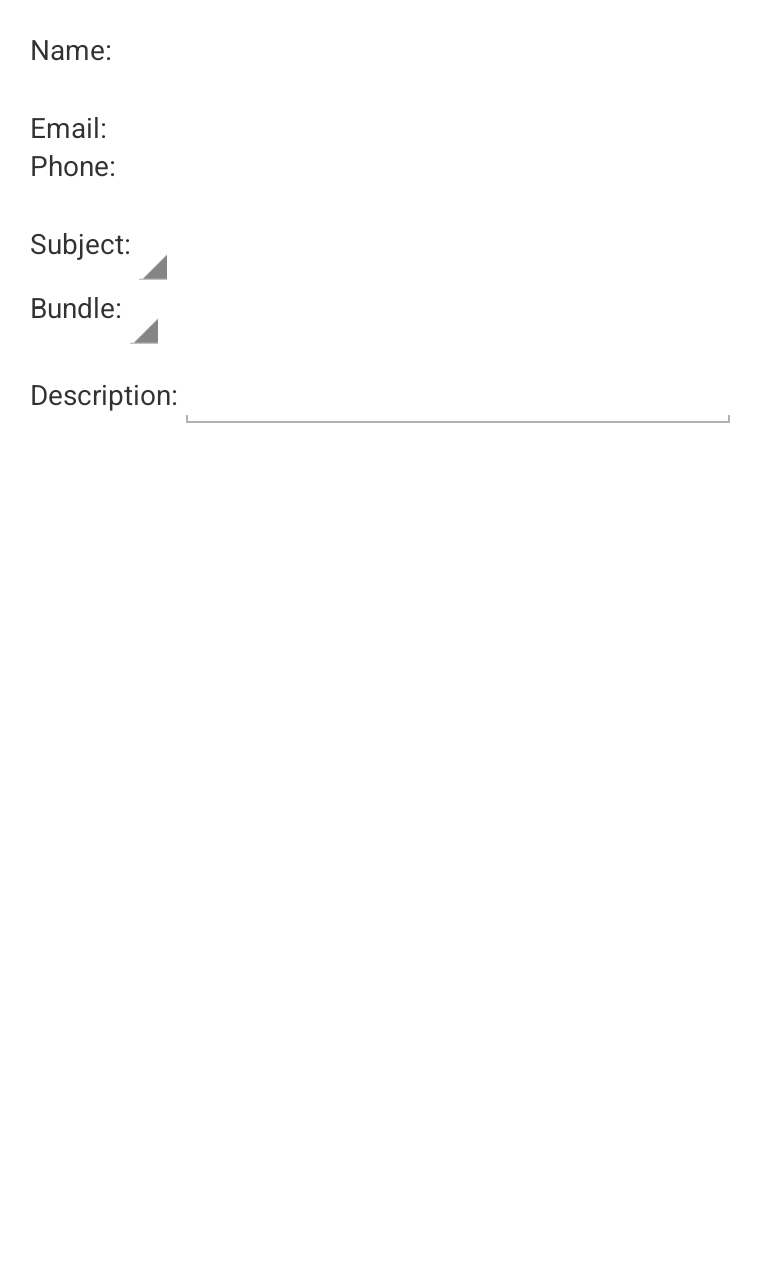
Repository: Pradeep-appstute/First
Layout: Control/res/layout/fragment_submit.xml
These files come from the project's save history. The layout is drawn as it stood at one moment and after the next save; the edit follows.
It is drawn on a 768 x 1280 px phone screen (xhdpi) without system bars, with theme AppTheme; the app's code is not run.

Above is the layout before, as saved 2014-02-24 11:39:26.

After the next save:
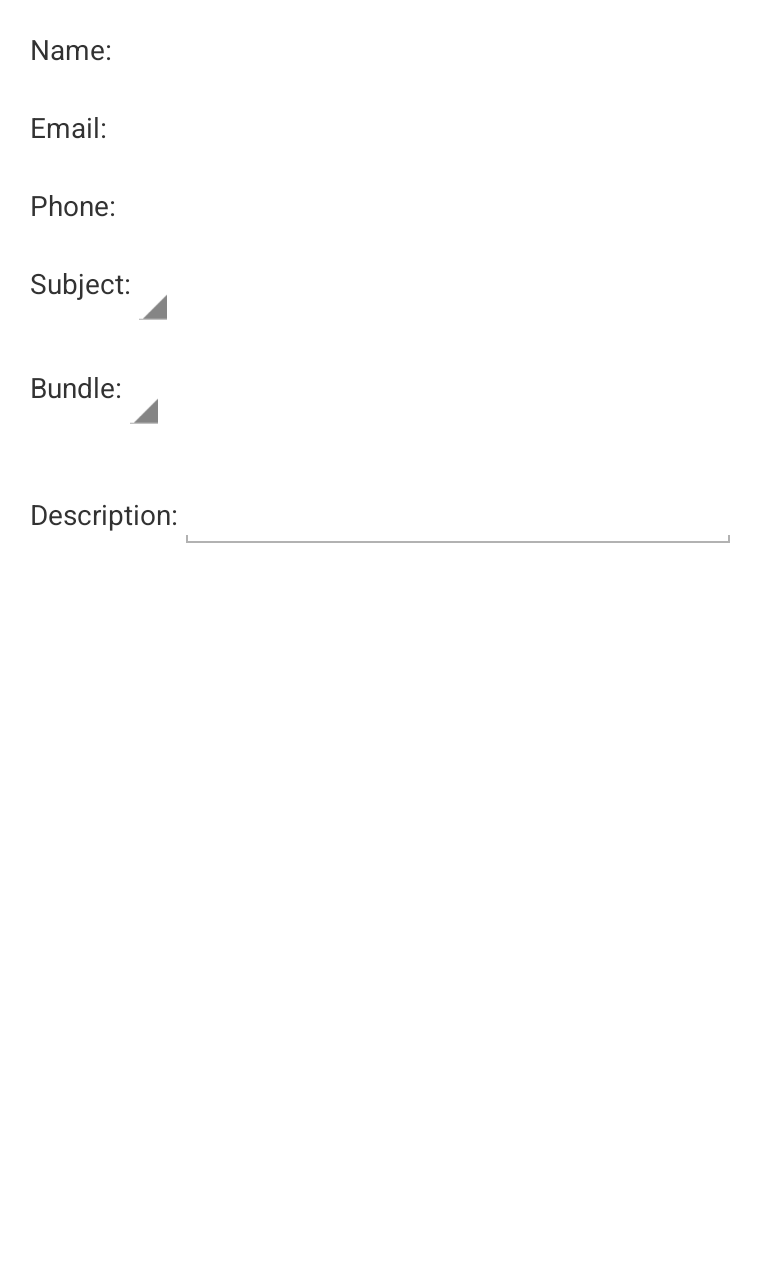
Saved 31 s later.
--- a/Control/res/layout/fragment_submit.xml
+++ b/Control/res/layout/fragment_submit.xml
@@ -28,7 +28,9 @@
     <LinearLayout
         android:layout_width="match_parent"
         android:layout_height="wrap_content"
-        android:orientation="horizontal" >
+        android:orientation="horizontal"
+        android:layout_marginBottom="20dp"
+        >
 
         <TextView
             android:layout_width="wrap_content"
@@ -64,7 +66,9 @@
     <LinearLayout
         android:layout_width="match_parent"
         android:layout_height="wrap_content"
-        android:orientation="horizontal" >
+        android:orientation="horizontal"
+        android:layout_marginBottom="20dp"
+        >
 
         <TextView
             android:layout_width="wrap_content"
@@ -80,7 +84,9 @@
     <LinearLayout
         android:layout_width="match_parent"
         android:layout_height="wrap_content"
-        android:orientation="horizontal" >
+        android:orientation="horizontal"
+        android:layout_marginBottom="20dp"
+         >
 
         <TextView
             android:layout_width="wrap_content"
@@ -96,7 +102,9 @@
     <LinearLayout
         android:layout_width="match_parent"
         android:layout_height="wrap_content"
-        android:orientation="horizontal" >
+        android:orientation="horizontal"
+
+        >
 
         <TextView
             android:layout_width="wrap_content"
